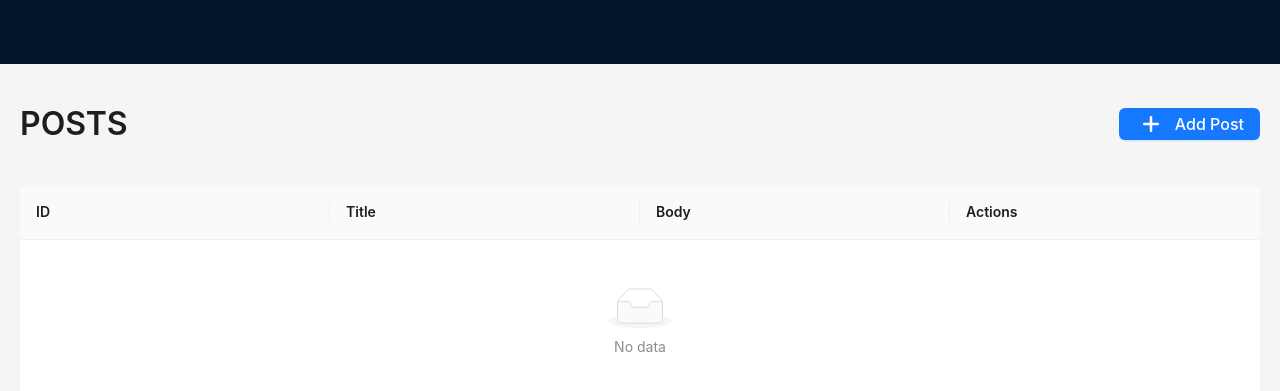
Repository: yasserrrz/Denamo-posts
Page: /
These files come from the project's save history. The page is drawn as it stood at one moment and after a run of saves; the edit follows.
The browser window is 1280 px wide. The pictures show the whole page.
The page's requests for data from a server got no answer. The project was rebuilt for these pictures with package versions that can differ from the ones it lists, and the page was loaded fresh each time. No one was signed in, and anything a server would have sent is missing. Also part of the build but not shown: src/components/PostForm.tsx.

Above is the page before, as saved 2024-11-28 16:03:38.

After the next 4 saves:
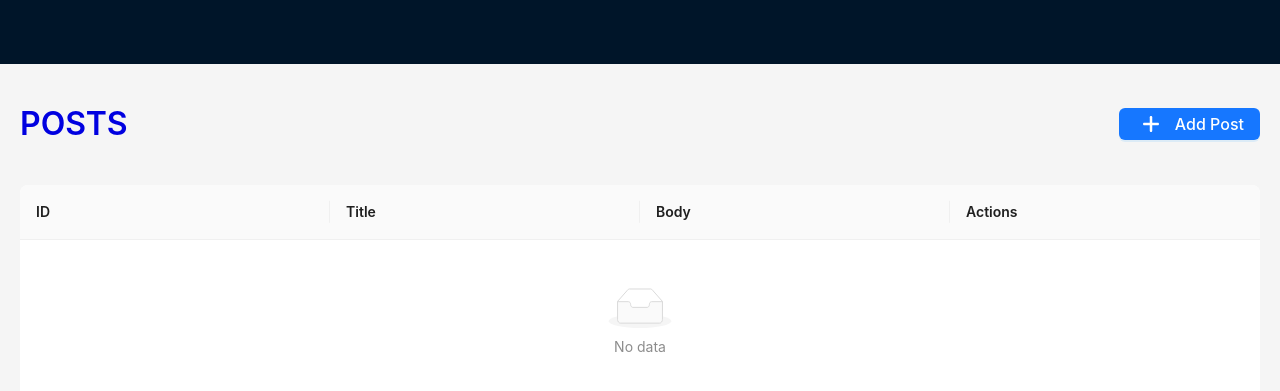
The 4 saves are shown as one change because they came seconds apart.
The last was saved 14 s later.
--- a/src/App.tsx
+++ b/src/App.tsx
@@ -19,7 +19,7 @@
 
       <Content style={{ padding: '20px' }}>
          <div style={{marginTop: '20px ' , marginBottom: '20px' , display: 'flex', justifyContent: 'space-between' , alignItems: 'center' }}>
-         <Title level={2} style={{ textAlign: 'center' , marginBottom:"0px" , marginTop:"0px" , fontSize: '32px' , fontWeight: '600' , textTransform: 'uppercase'  }}>
+         <Title level={2} style={{ textAlign: 'center' , marginBottom:"0px" , marginTop:"0px" , fontSize: '32px' , fontWeight: '600' , textTransform: 'uppercase' , color: '#0000e0' }}>
           Posts
         </Title>
          <Button onClick={()=>{setIsModalOpen(true)}} style={{fontSize: '16px' , fontWeight: '500' , padding: '15px'}} type="primary"><AddIcon/> Add Post</Button>

After the save that followed:
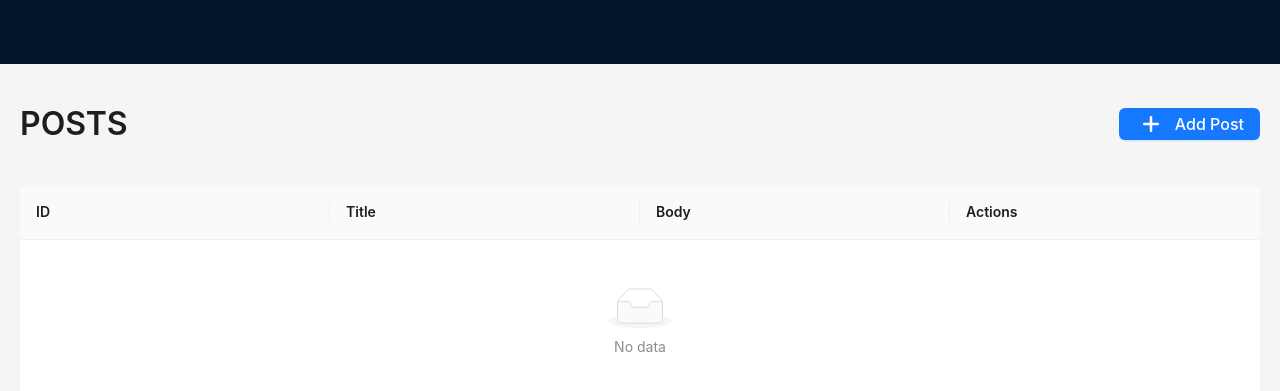
Saved 7 s later.
--- a/src/App.tsx
+++ b/src/App.tsx
@@ -19,7 +19,7 @@
 
       <Content style={{ padding: '20px' }}>
          <div style={{marginTop: '20px ' , marginBottom: '20px' , display: 'flex', justifyContent: 'space-between' , alignItems: 'center' }}>
-         <Title level={2} style={{ textAlign: 'center' , marginBottom:"0px" , marginTop:"0px" , fontSize: '32px' , fontWeight: '600' , textTransform: 'uppercase' , color: '#0000e0' }}>
+         <Title level={2} style={{ textAlign: 'center' , marginBottom:"0px" , marginTop:"0px" , fontSize: '32px' , fontWeight: '600' , textTransform: 'uppercase' , color: '#00000' }}>
           Posts
         </Title>
          <Button onClick={()=>{setIsModalOpen(true)}} style={{fontSize: '16px' , fontWeight: '500' , padding: '15px'}} type="primary"><AddIcon/> Add Post</Button>
